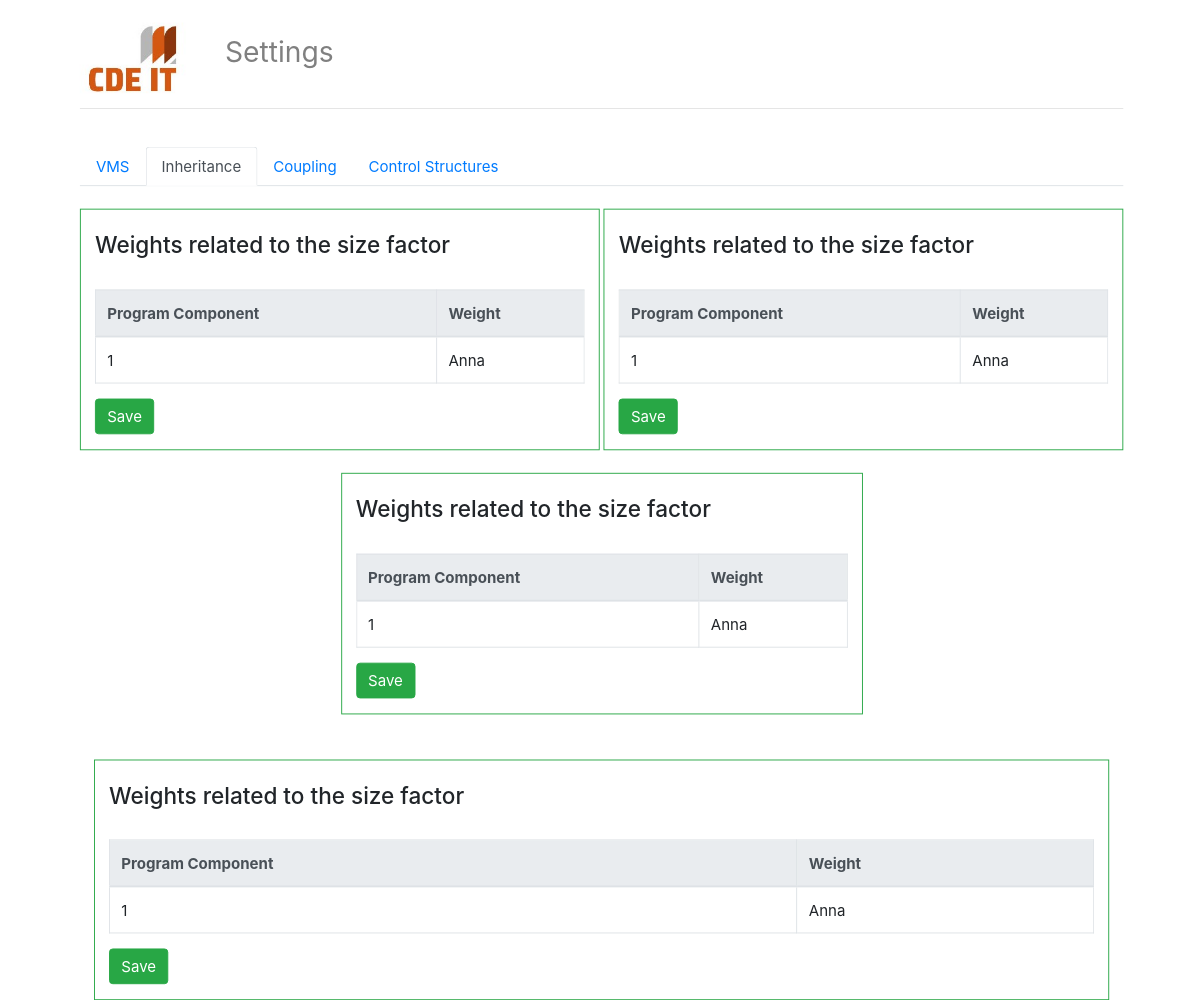
Repository: JudeAshan98/ITPM
Page: CDE_IT/WebContent/views/settings.html
An editor plug-in stored every save of this project. The page is shown before and after the next save, followed by the edit.
The browser window is 1280 px wide. The pictures show the whole page, at 94% of full size.

Above is the page before, as saved 2020-03-01 16:47:13.

### CDE_IT/WebContent/views/settings.html
<!DOCTYPE html>
<html lang="en">
<head>
<title>Bootstrap Example</title>
<meta charset="utf-8">
<meta name="viewport" content="width=device-width, initial-scale=1">
<link rel="stylesheet"
	href="https://maxcdn.bootstrapcdn.com/bootstrap/4.4.1/css/bootstrap.min.css">
<script
	src="https://ajax.googleapis.com/ajax/libs/jquery/3.4.1/jquery.min.js"></script>
<script
	src="https://cdnjs.cloudflare.com/ajax/libs/popper.js/1.16.0/umd/popper.min.js"></script>
<script
	src="https://maxcdn.bootstrapcdn.com/bootstrap/4.4.1/js/bootstrap.min.js"></script>
</head>
<body>
	<br>

	<div class="container">
		<div>
			<img src="../img/logoe.png" style="max-height: 75px">
			<text style="font-size:30px; color:gray ; margin-left:30px;">
			Settings<text>
			<hr />
		</div>
		<br>

		<!-- Nav tabs -->
		<ul class="nav nav-tabs" role="tablist">
			<li class="nav-item"><a class="nav-link" data-toggle="tab"
				href="#vms">VMS</a></li>
			<li class="nav-item"><a class="nav-link active"
				data-toggle="tab" href="#inheritance">Inheritance</a></li>
			<li class="nav-item"><a class="nav-link" data-toggle="tab"
				href="#Coupling">Coupling</a></li>
			<li class="nav-item"><a class="nav-link" data-toggle="tab"
				href="#Control">Control Structures</a></li>
		</ul>

		<!-- Tab panes -->
		<div class="tab-content">
			<div id="vms" class="container tab-pane active">
				<br>
				<div class="row">
					<div class="col-sm border border-success">
						<br>
						<h4>Weights related to the size factor</h4>
						<div class="table-responsive">
							<br>
							<table class="table table-bordered">
								<thead class="thead-light">
									<tr>
										<th>Program Component</th>
										<th>Weight</th>
									</tr>
								</thead>
								<tbody>
									<tr>
										<td>1</td>
										<td>Anna</td>
									</tr>
								</tbody>
							</table>
						</div>
						<button type="button" class="btn btn-success">Save</button>
					</div>
					&nbsp
					<div class="col-sm border border-success">
						<br>
						<h4>Weights related to the size factor</h4>
						<div class="table-responsive">
							<br>
							<table class="table table-bordered">
								<thead class="thead-light">
									<tr>
										<th>Program Component</th>
										<th>Weight</th>
									</tr>
								</thead>
								<tbody>
									<tr>
										<td>1</td>
										<td>Anna</td>
									</tr>
								</tbody>
							</table>
						</div>
						<button type="button" class="btn btn-success">Save</button>
						<p></p>
					</div>
				</div>
				<br>
				<div class="row justify-content-md-center">
					<div class="col-md-6 border border-success">
						<br>
						<h4>Weights related to the size factor</h4>
						<div class="table-responsive">
							<br>
							<table class="table table-bordered">
								<thead class="thead-light">
									<tr>
										<th>Program Component</th>
										<th>Weight</th>
									</tr>
								</thead>
								<tbody>
									<tr>
										<td>1</td>
										<td>Anna</td>
									</tr>
								</tbody>
							</table>
						</div>
						<button type="button" class="btn btn-success">Save</button>
						<p></p>
					</div>
				</div>
				<br>
			</div>
			<div id="inheritance" class="container tab-pane active">
				<br>
				<div class="col-sm border border-success">
					<br>
					<h4>Weights related to the size factor</h4>
					<div class="table-responsive">
						<br>
						<table class="table table-bordered">
							<thead class="thead-light">
								<tr>
									<th>Program Component</th>
									<th>Weight</th>
								</tr>
							</thead>
							<tbody>
								<tr>
									<td>1</td>
									<td>Anna</td>
								</tr>
							</tbody>
						</table>
					</div>
					<button type="button" class="btn btn-success">Save</button>
					<p></p>
				</div>
			</div>
			<div id="Coupling" class="container tab-pane fade">
				<br>
				<div class="col-sm border border-success">
					<br>
					<h4>Weights related to the size factor</h4>
					<div class="table-responsive">
						<br>
						<table class="table table-bordered">
							<thead class="thead-light">
								<tr>
									<th>Program Component</th>
									<th>Weight</th>
								</tr>
							</thead>
							<tbody>
								<tr>
									<td>1</td>
									<td>Anna</td>
								</tr>
							</tbody>
						</table>
					</div>
					<button type="button" class="btn btn-success">Save</button>
					<p></p>
				</div>
			</div>
			<div id="Control" class="container tab-pane fade">
				<br>
				<div class="col-sm border border-success">
					<br>
					<h4>Weights related to the size factor</h4>
					<div class="table-responsive">
						<br>
						<table class="table table-bordered">
							<thead class="thead-light">
								<tr>
									<th>Program Component</th>
									<th>Weight</th>
								</tr>
							</thead>
							<tbody>
								<tr>
									<td>1</td>
									<td>Anna</td>
								</tr>
							</tbody>
						</table>
					</div>
					<button type="button" class="btn btn-success">Save</button>
					<p></p>
				</div>
			</div>
		</div>

	</div>
</body>
</html>

After the next save:
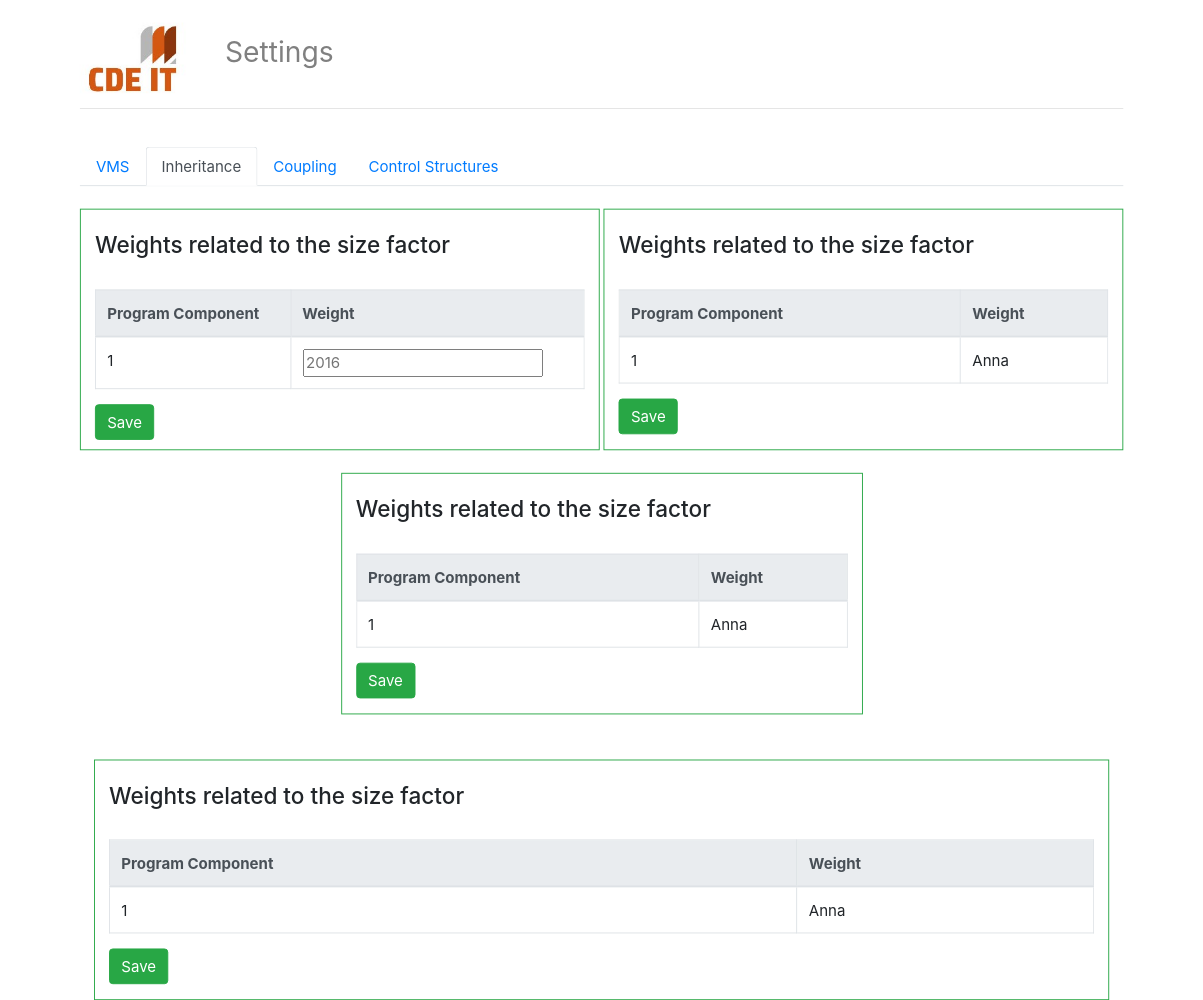
Saved 31 s later.
--- a/CDE_IT/WebContent/views/settings.html
+++ b/CDE_IT/WebContent/views/settings.html
@@ -57,7 +57,7 @@
 								<tbody>
 									<tr>
 										<td>1</td>
-										<td>Anna</td>
+										<td><input type="text" placeholder="2016"></td>
 									</tr>
 								</tbody>
 							</table>
